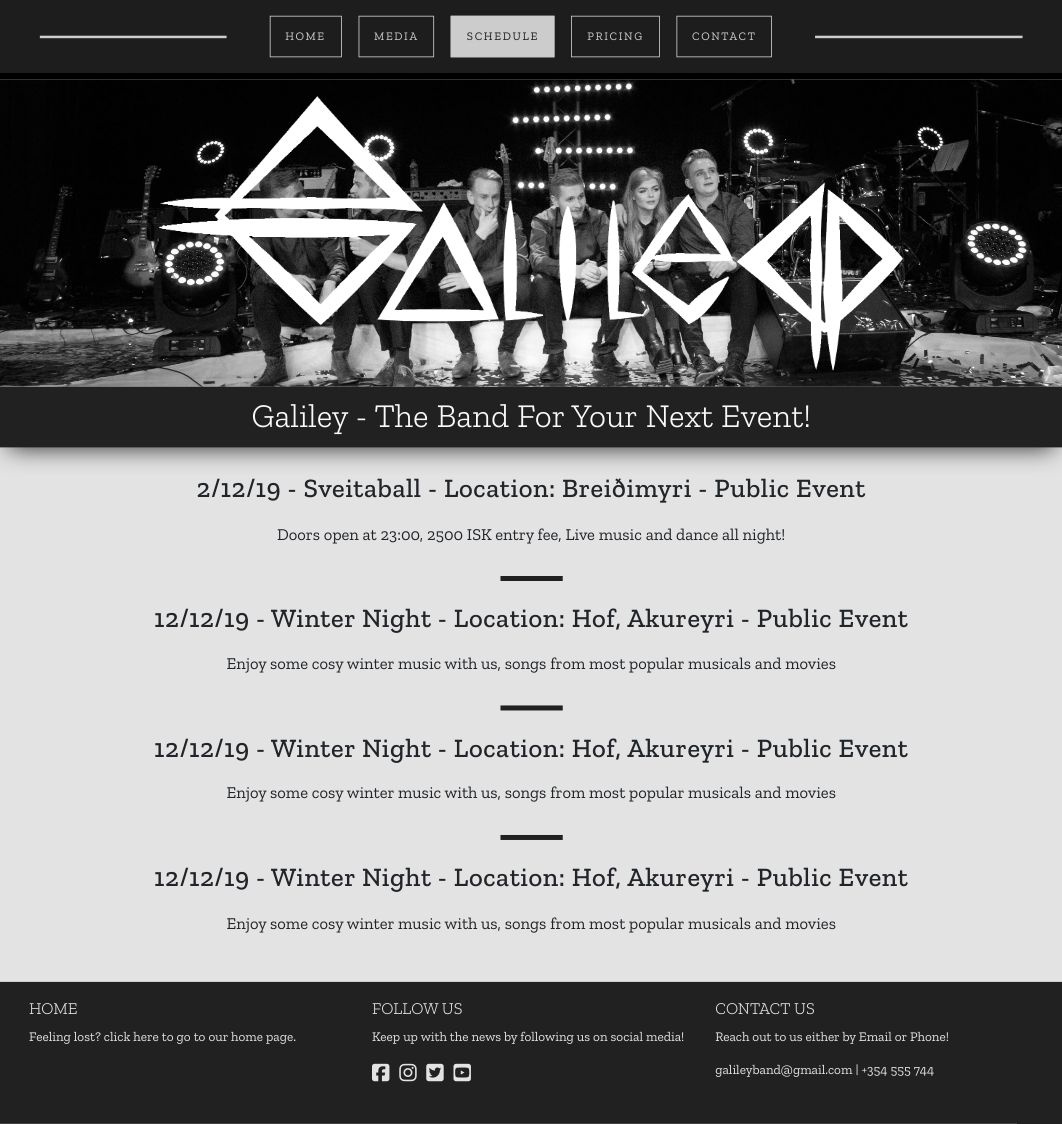
Repository: HeimirDavid/Galiley-Website
Page: schedule.html
The author's editor kept a record of every edit. The page is drawn from the files as they stood at one moment, then again after the next edit.
The browser window is 1280 px wide. The pictures show the whole page, at 83% of full size.
Some web libraries are served in a nearby version.

Above is the page before.

After the next edit:
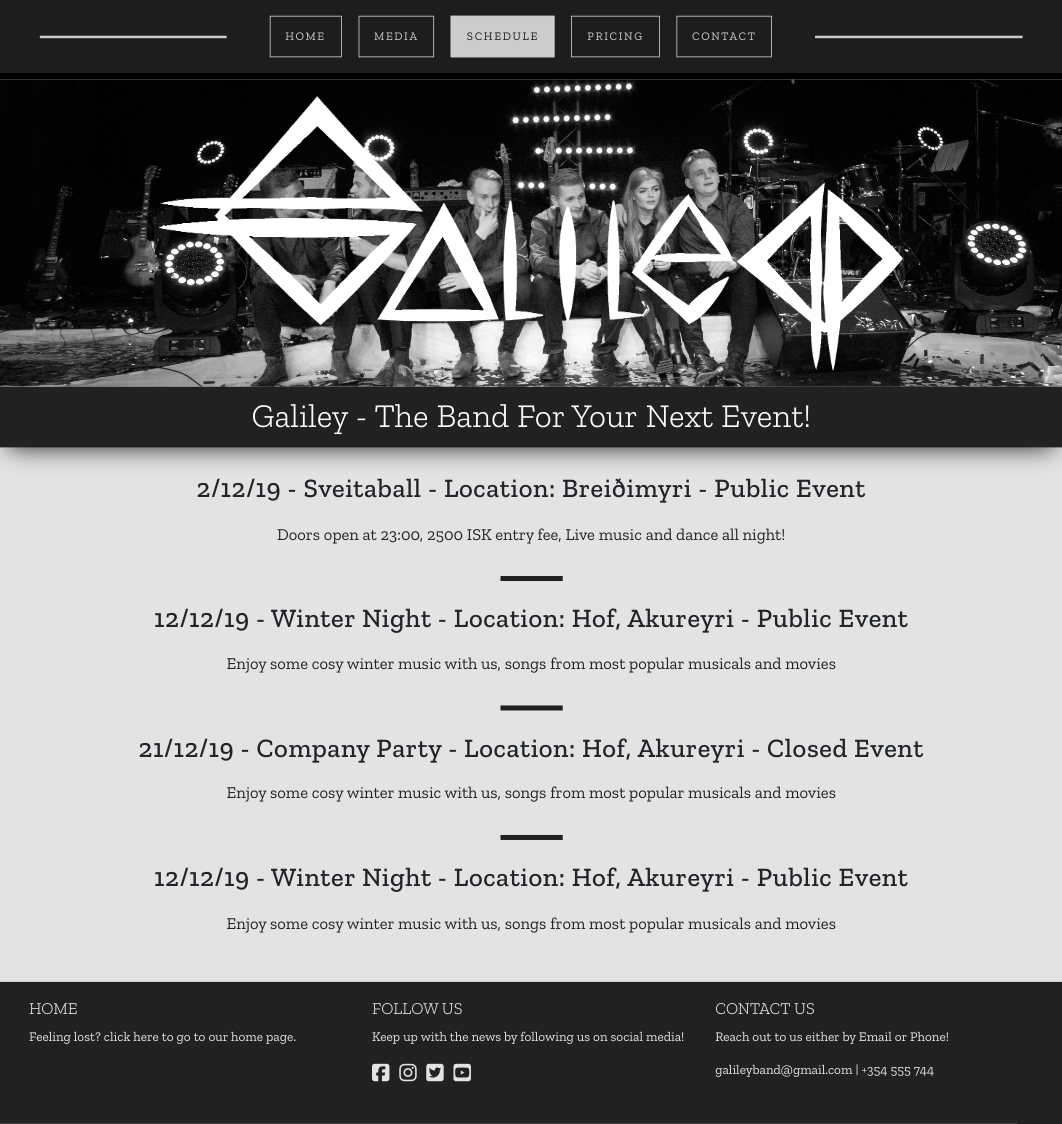
The edit:
--- a/schedule.html
+++ b/schedule.html
@@ -84,7 +84,7 @@
                     Enjoy some cosy winter music with us, songs from most popular musicals and movies
                 </p>
                 <hr class="block-devider">
-                <h3 class="header-h3 schedule-header">12/12/19 - Winter Night - Location: Hof, Akureyri - Public Event</h3>
+                <h3 class="header-h3 schedule-header">21/12/19 - Company Party - Location: Hof, Akureyri - Closed Event</h3>
                 <p class="p-text">
                     Enjoy some cosy winter music with us, songs from most popular musicals and movies
                 </p>
